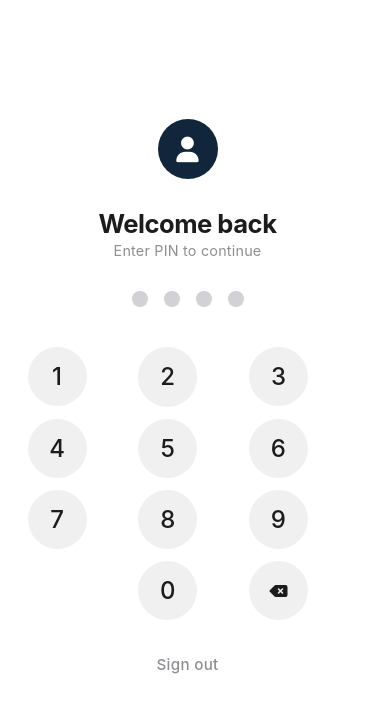
Repository: trenzyfx1/achievebypetra
Page: pin.html
The author's editor kept a copy of each file at every save. The page is drawn from the files as they stood at one save, then again after a run of saves.
The browser window is 375 px wide. The pictures show the whole page.

Above is the page before, as saved 2026-08-25 19:33:07.

After the next 3 saves:
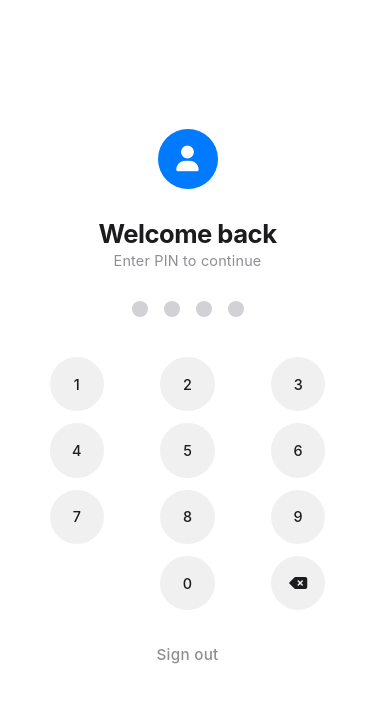
The 3 saves are shown as one change because they came seconds apart.
The last was saved 58 s later.
--- a/pin.html
+++ b/pin.html
@@ -37,7 +37,7 @@
         .profile-icon .icon-circle {
             width: 70px;
             height: 70px;
-            background: #11263b;
+            background: #007aff;
             border-radius: 50%;
             display: flex;
             justify-content: center;
@@ -87,9 +87,11 @@
             gap: 16px;
             max-width: 320px;
             margin: 0 auto 1.8rem;
-        }
-
-       .key {
+            justify-items: center;
+            align-items: center;
+        }
+
+        .key {
             background: #f0f0f0;
             border: none;
             border-radius: 50%;
@@ -128,7 +130,6 @@
         .key.backspace i {
             font-size: 1rem;
         }
-
 
         .bottom-row {
             display: flex;
@@ -177,7 +178,7 @@
         @media (max-width: 440px) {
             .container { padding: 1.5rem 1.2rem; }
             .welcome { font-size: 1.6rem; }
-            .key { font-size: 1.5rem; }
+            .key { font-size: 0.9rem; width: 55%; }
             .numpad { gap: 12px; }
             .pin-dots { gap: 16px; }
             .profile-icon .icon-circle { width: 60px; height: 60px; font-size: 1.6rem; }
